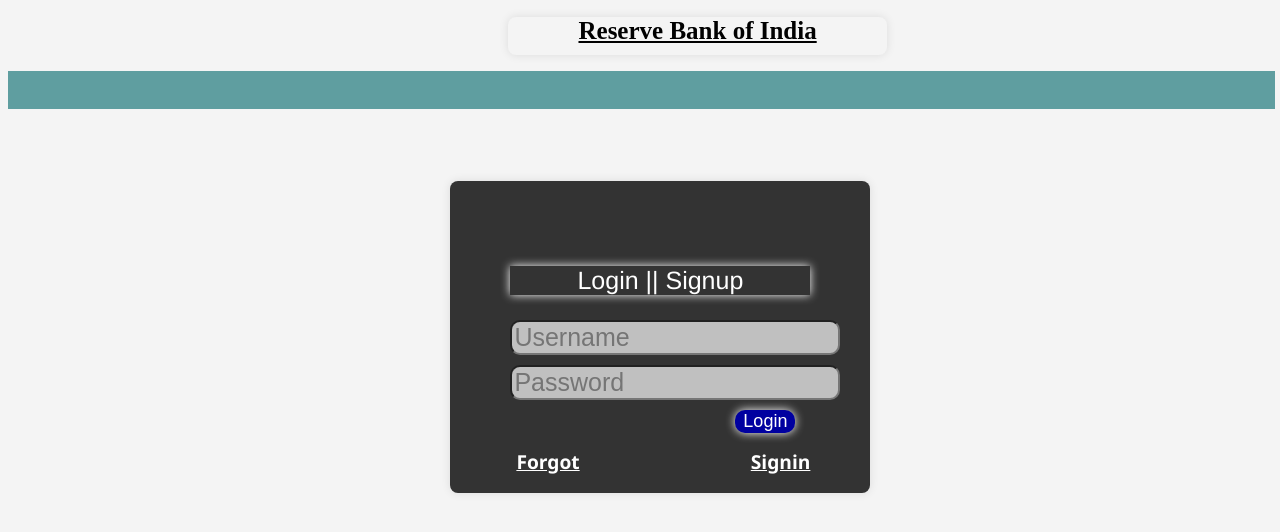
Repository: AbhishekSinghChouhan45/JSP-Projects
Page: http://localhost/BankProject/
The author's editor kept a copy of each file at every save. The page is drawn from the files as they stood at one save, then again after the next save.
The browser window is 1280 px wide. The pictures show the whole page.
The page is served by Tomcat 10. Other server files are loaded and not shown.

Above is the page before, as saved 2023-12-09 06:02:00.

### BankProject/src/main/webapp/index.html
<!DOCTYPE html>
<html>
<head>
<meta charset="ISO-8859-1">
<title>RBI</title>
 <link rel="stylesheet" href="style.css">
</head>
<body>
			<div id="div1">
					<h1>Reserve Bank of India</h1>
					<marquee> |    NOTICE TO CUSTOMERS - As per RBI guidelines all Re-KYC/Periodic KYC due customers are requested to contact your home/nearest branch along with latest KYC documents and update your due KYC, if you have already updated your latest KYC with bank, please ignore this communication</marquee>
			</div>
			<div class="page">
				<p>	Login || Signup</p>
				<form>
					<input type="text" name="username" placeholder="Username" id="user"><br>
					<input type="password" name="password" placeholder="Password" id="user"><br>
<!--					<input type="button" name="b1" placeholder="Login/Signup" id="b1"><br>-->
					<button type="submit">Login</button><br>
					<a id="forgot" href="forgot.html">Forgot</a>
					<a id="signin" href="Signin.html">Signin</a>

				</form>


			</div>
</body>
</html>

### BankProject/src/main/webapp/style.css
*{
	background-color: #f4f4f4;
}
#div1 h1{
	 width: 30%;
    height: 1cm;
    border: 0px solid #333;
    text-align: center;
    font-size: 25px;
/*    background-color: rgb(255, 255, 255);*/
    color: rgb(0, 0, 0);
    border-radius: 8px;
    text-decoration: underline;
    margin-left: 500px;
     box-shadow: 0 0 10px rgba(0, 0, 0, 0.1);
	}
#div1 marquee{
   align-content: center;
	width: 99%;
	height: 1cm;
	background-color: cadetblue;
	color: white;
	font-size: 30px;
	position: absolute;
}
.page{
	margin-top: 10%;
	margin-left: 35%;
	 background-color: #333;
     box-shadow: 0 0 10px rgba(0, 0, 0, 0.1);
     padding: 60px;
     border-radius: 8px;
     width: 300px;
     text-align: center;
}
.page p{
	font-size: 25px;
	font-family: 'Franklin Gothic Medium', 'Arial Narrow', Arial, sans-serif;
	width: 100%;
	background-color: #333;
	color: white;
  	box-shadow:  0 0 10px rgb(255, 255, 255);

}
form{
	background-color: #333;
}
form #user{
	font-size: 25px;
	border-radius: 10px;
	margin-bottom: 10px;
	background-color: rgb(192, 192, 192);

}
form button{
	font-size: 18px;
	border-radius: 10px;
	margin-left: 70%;
	background-color: rgb(0, 0, 160);
	border-style: hidden;
	  	box-shadow:  0 0 10px rgb(255, 255, 255);
	width: 60px;
	color: white;
}
#forgot{
	margin-left: 2%;
	float: left;
	border: 2px;
/*	border-radius: 20%;	background-color: grey;*/
/*	box-shadow:  100px 100px 100px rgba(0, 0, 0, 0.1);*/
}
#signin{
	float: right;

}
form a{
	background-color: #333;
	color: white;
	margin-top: 5%;
	font-size: larger;
	border-style: hidden;
	font-family: 'Segoe UI', Tahoma, Geneva, Verdana, sans-serif;
	font-weight: 600;
}
/*Signin css properties*/

After the next save:
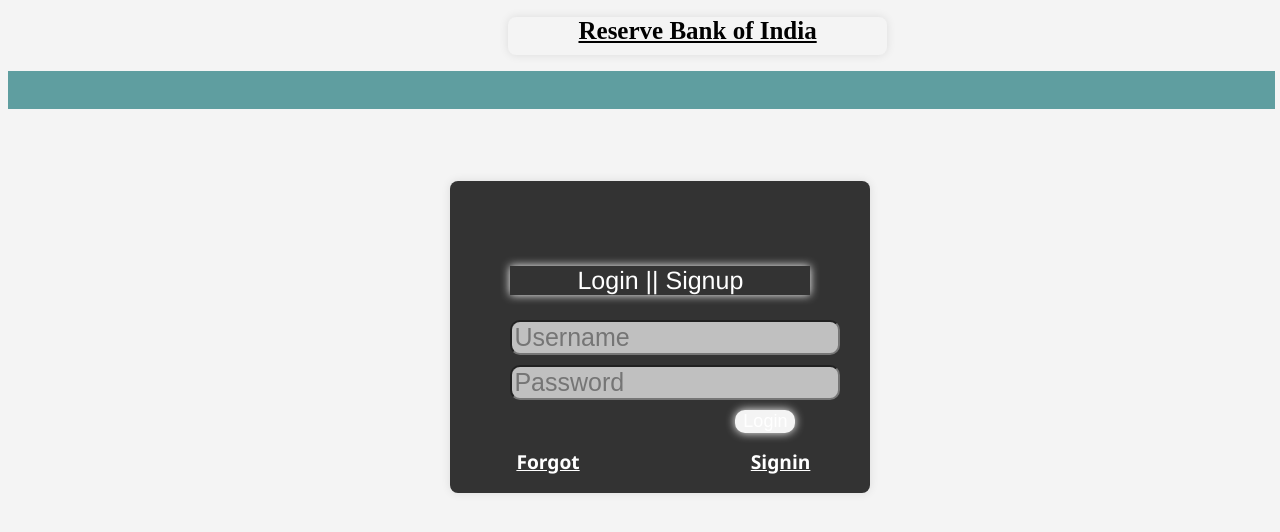
Saved 9 s later.
--- a/BankProject/src/main/webapp/style.css
+++ b/BankProject/src/main/webapp/style.css
@@ -56,7 +56,7 @@
 	font-size: 18px;
 	border-radius: 10px;
 	margin-left: 70%;
-	background-color: rgb(0, 0, 160);
+/*	background-color: rgb(0, 0, 160);*/
 	border-style: hidden;
 	  	box-shadow:  0 0 10px rgb(255, 255, 255);
 	width: 60px;
